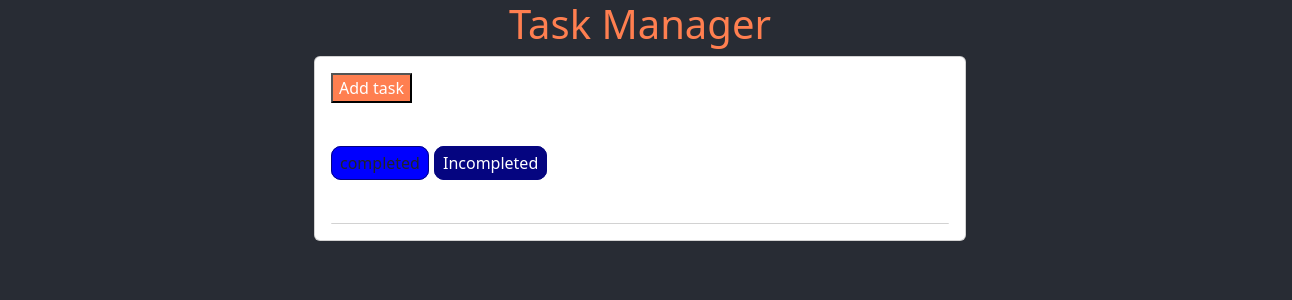
Repository: Jcparks84/task_manager
Page: / (app in frontend/)
An editor plug-in stored every save of this project. The page is shown before and after a run of saves, followed by the edit.
The browser window is 1280 px wide. The page is 1292 px wide, so the pictures cover 1292 px, including what lies to the right of the window. The pictures show the whole page.
The page's requests for data from a server got no answer. The project was rebuilt for these pictures with package versions that can differ from the ones it lists, and the page was loaded fresh each time. No one was signed in, and anything a server would have sent is missing. Also part of the build but not shown: frontend/src/components/Modal.js.

Above is the page before, as saved 2022-08-11 17:32:53.

### frontend/src/index.css
html {
  background-color: #282c34;
}

body {
  margin: 0;
  padding:0;
  font-family: sans-serif;
  -webkit-font-smoothing: antialiased;
}

.todo-title{
  cursor:pointer;
}
.completed-todo {
  text-decoration: line-through;
}
.tab-list > span {
  padding: 5px 8px;
  border : 1px solid rgb(5, 5, 128);
  border-radius:10px;
  margin-right:5px;
  cursor: pointer;
}
.tab-list>span.active {
  background-color: rgb(5, 5, 128);
  color:#fff;
}

### frontend/src/App.js
import React, { Component } from "react";
import Modal from "./components/Modal";
import axios from 'axios';
import './App.css'
class App extends Component {
  constructor(props) {
    super(props);
    this.state = {
      viewCompleted: false,
      activeItem: {
        title: "",
        description: "",
        completed: false
      },
      taskList: []
    };
  }

  componentDidMount() {
    this.refreshList();
  }


  refreshList = () => {
    axios
      .get("http://localhost:8000/api/tasks/")
      .then(res => this.setState({ taskList: res.data }))
      .catch(err => console.log(err));
  };


  displayCompleted = status => {
    if (status) {
      return this.setState({ viewCompleted: true });
    }
    return this.setState({ viewCompleted: false });
  };


  renderTabList = () => {
    return (
      <div className="my-5 tab-list">
        <span
          onClick={() => this.displayCompleted(true)}
          className={this.state.viewCompleted ? "active" : ""}
        >
          completed
            </span>
        <span
          onClick={() => this.displayCompleted(false)}
          className={this.state.viewCompleted ? "" : "active"}
        >
          Incompleted
            </span>
      </div>
    );
  };

  renderItems = () => {
    const { viewCompleted } = this.state;
    const newItems = this.state.taskList.filter(
      item => item.completed === viewCompleted
    );
    return newItems.map(item => (
      <li
        key={item.id}
        className="list-group-item d-flex justify-content-between align-items-center"
      >
        <span
          className={`todo-title mr-2 ${this.state.viewCompleted ? "completed-todo" : ""
            }`}
          title={item.description}
        >
          {item.title}
        </span>
        <span>
          <button
            onClick={() => this.editItem(item)}
            className="edit-button"
          >
            Edit
          </button>
          <button
            onClick={() => this.handleDelete(item)}
            className="delete-button"
          >
            Delete
          </button>
        </span>
      </li>
    ));
  };



  toggle = () => {
    this.setState({ modal: !this.state.modal });
  };

  handleSubmit = item => {
    this.toggle();
    if (item.id) {
      axios
        .put(`http://localhost:8000/api/tasks/${item.id}/`, item)
        .then(res => this.refreshList());
      return;
    }
    axios
      .post("http://localhost:8000/api/tasks/", item)
      .then(res => this.refreshList());
  };

  handleDelete = item => {
    axios
      .delete(`http://localhost:8000/api/tasks/${item.id}/`)
      .then(res => this.refreshList());
  };

  createItem = () => {
    const item = { title: "", description: "", completed: false };
    this.setState({ activeItem: item, modal: !this.state.modal });
  };

  editItem = item => {
    this.setState({ activeItem: item, modal: !this.state.modal });
  };


  render() {
    return (
      <main className="content">
        <h1>Task Manager</h1>
        <div className="row ">
          <div className="col-md-6 col-sm-10 mx-auto p-0">
            <div className="card p-3">
              <div className="">
                <button onClick={this.createItem} className="add-button">
                  Add task
                    </button>
              </div>
              {this.renderTabList()}
              <ul className="list-group list-group-flush">
                {this.renderItems()}
              </ul>
            </div>
          </div>
        </div>
        {this.state.modal ? (
          <Modal
            activeItem={this.state.activeItem}
            toggle={this.toggle}
            onSave={this.handleSubmit}
          />
        ) : null}
      </main>
    );
  }
}
export default App;

### frontend/src/App.css
.App {
  text-align: center;
}

html, body, #wrapper {
  width: 100%;
  min-height: 100%;
}

.App-logo {
  height: 40vmin;
  pointer-events: none;
}

@media (prefers-reduced-motion: no-preference) {
  .App-logo {
    animation: App-logo-spin infinite 20s linear;
  }
}

.App-header {
  background-color: #282c34;
  min-height: 100vh;
  display: flex;
  flex-direction: column;
  align-items: center;
  justify-content: center;
  font-size: calc(10px + 2vmin);
  color: white;
}

.App-link {
  color: #61dafb;
}

.content {
  background-color: #282c34;
}

h1 {
  text-align: center;
  color: coral;
  padding: auto;
}

.add-button {
  background-color: coral;
  color: white;
}

.delete-button {
  background-color: crimson;
  color: white;
}

span {
  background-color: blue;
}


@keyframes App-logo-spin {
  from {
    transform: rotate(0deg);
  }
  to {
    transform: rotate(360deg);
  }
}

Loaded but not shown: frontend/public/index.html (common file); frontend/src/index.js (common file); frontend/src/reportWebVitals.js (common file)

After the next 2 saves:
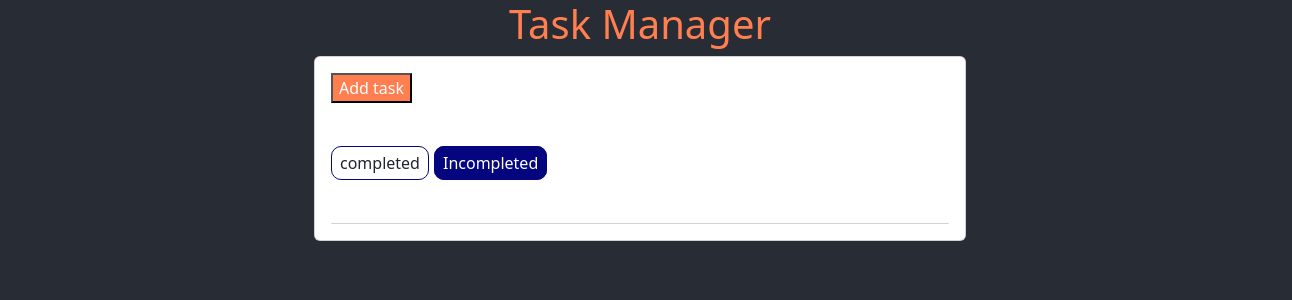
The 2 saves are shown as one change because they came seconds apart.
The last was saved 16 s later.
--- a/frontend/src/App.css
+++ b/frontend/src/App.css
@@ -53,7 +53,7 @@ h1 {
   color: white;
 }
 
-span {
+."" : "active" {
   background-color: blue;
 }
 
